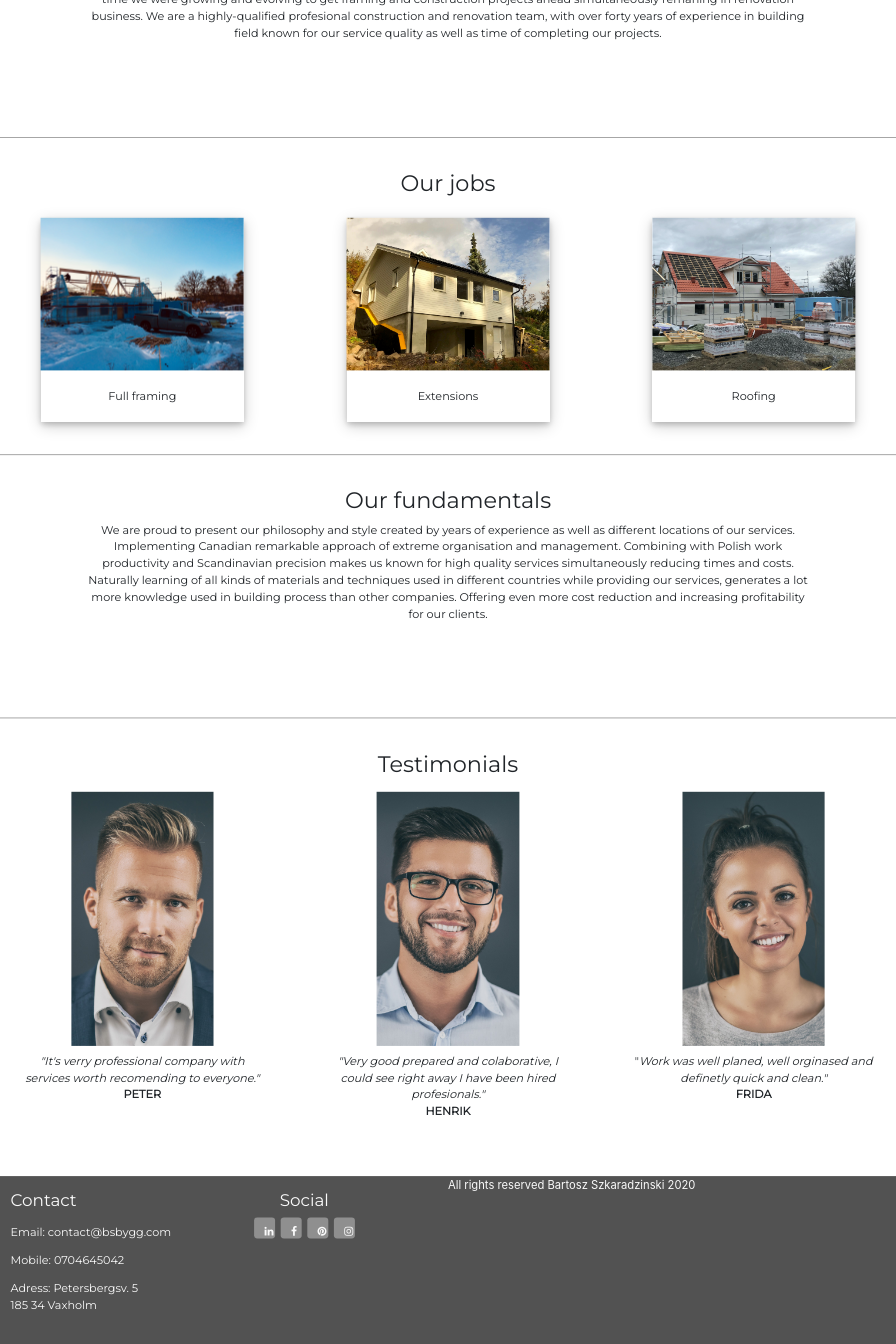
Repository: Bartie1982/milestone-project-1
Page: index.html
The author's editor kept a record of every edit. The page is drawn from the files as they stood at one moment, then again after the next edit.
The browser window is 1280 px wide. The pictures show the part of the page from y = 883 to 2803 px (the page is 2803 px tall), at 70% of full size.
Some web libraries are served in a nearby version.

Above is the page before.

After the next edit:
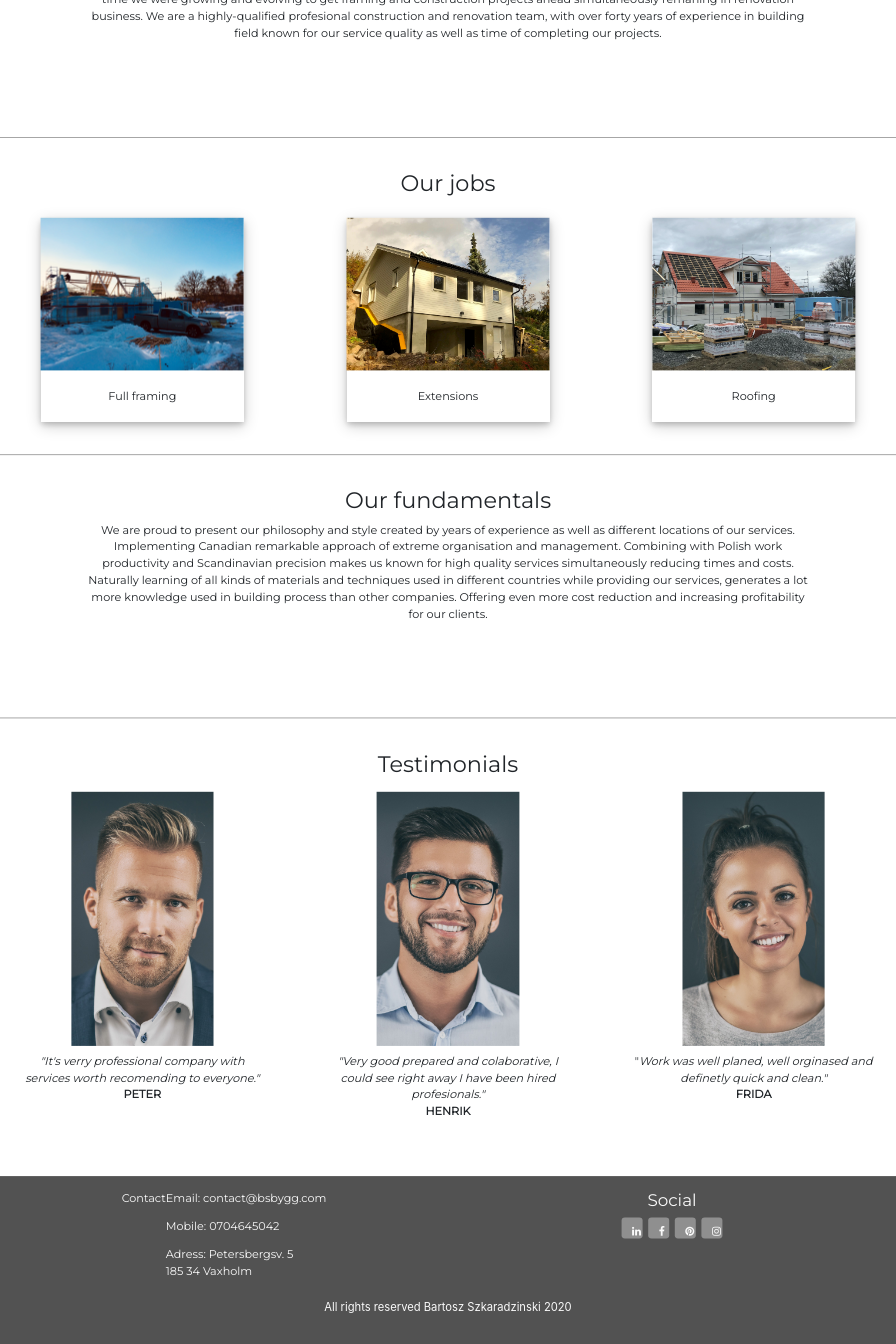
The edit:
--- a/index.html
+++ b/index.html
@@ -165,9 +165,9 @@
     <footer class="container-fluid" id="contact">
         <div class="row">
                 <div class="d-flex justify-content-center col-lg-6 col-md-6 col-sm-12">
-                        <div>
-                            <h4 class="general-sub">Contact</h4>
-
+                        <div class="general-sub">
+                            <p>Contact</p>
+                        </div>
                         <div class="  general-sub">
                             <div>
                             <p class=""><b>Email:</b> contact@bsbygg.com</p>
